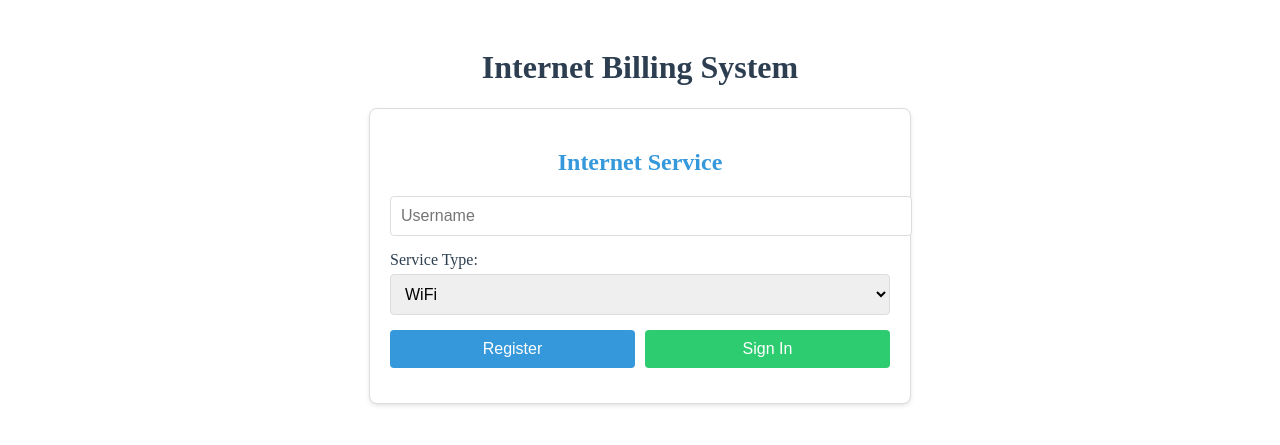
Repository: rachel648/system_Bill
Page: / (app in client/)
The author's editor kept a copy of each file at every save. The page is drawn from the files as they stood at one save, then again after the next save.
The browser window is 1280 px wide. The pictures show the whole page.
The project was rebuilt for these pictures with package versions that can differ from the ones it lists, and the page was loaded fresh each time. Also part of the build but not shown: client/src/Packages.js.

Above is the page before, as saved 2025-05-11 15:24:12.

After the next save:
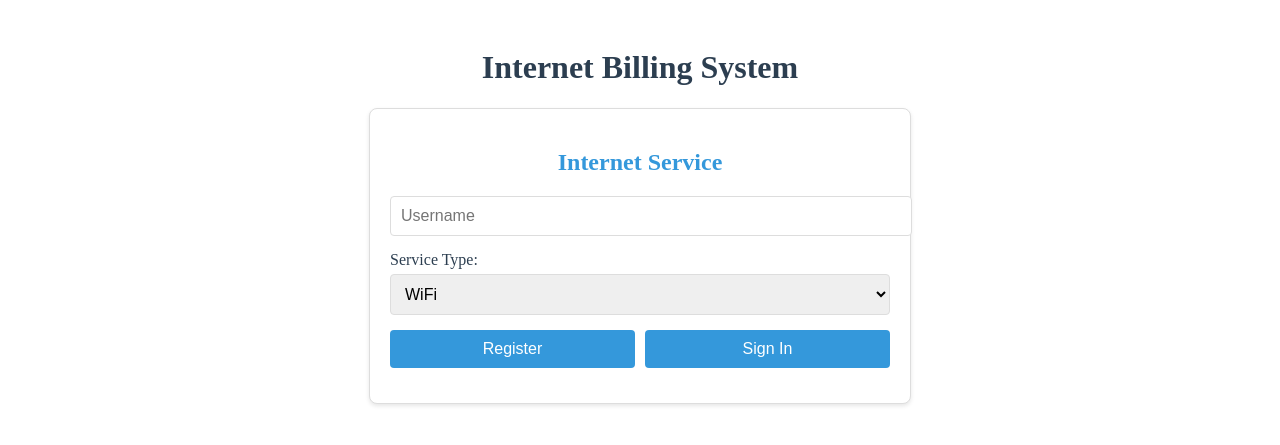
Saved 79 s later.
--- a/client/src/components/ServiceForm.js
+++ b/client/src/components/ServiceForm.js
@@ -23,13 +23,6 @@ const ServiceForm = () => {
     }));
   };
 
-  const handleServiceChange = (e) => {
-    handleChange(e);
-    if (e.target.value === 'wifi') {
-      navigate('/packages');
-    }
-  };
-
   const handleRegister = async () => {
     if (!formData.username.trim()) {
       setStatus({ message: 'Username is required', type: 'error' });
@@ -61,26 +54,26 @@ const ServiceForm = () => {
 
   const handleSignIn = async () => {
     if (!formData.username.trim()) {
-      setStatus({ message: 'Username is required', type: 'error' });
+      setStatus({ message: 'Username is required.', type: 'error' });
       return;
     }
 
     setLoading(true);
     try {
       const res = await axios.get(`/api/users/status/${formData.username}`);
-      if (res.data && res.data.active !== undefined) {
-        setStatus({
-          message: `Welcome back! Status: ${res.data.active ? 'Active' : 'Inactive'}, Ends: ${new Date(res.data.endTime).toLocaleString()}`,
-          type: 'success'
-        });
-        // Optionally redirect:
-        // navigate('/dashboard');
+      const user = res.data;
+
+      if (user && user.serviceType) {
+        setStatus({ message: `Signed in as ${user.username}. Redirecting...`, type: 'success' });
+        setTimeout(() => {
+          navigate(`/${user.serviceType}`);
+        }, 1000);
       } else {
-        setStatus({ message: 'User not found', type: 'error' });
+        setStatus({ message: 'User not found.', type: 'error' });
       }
     } catch (err) {
       setStatus({
-        message: err.response?.data?.message || 'Sign-in failed',
+        message: err.response?.data?.message || 'Sign in failed.',
         type: 'error'
       });
     } finally {
@@ -94,6 +87,13 @@ const ServiceForm = () => {
       case 'error': return { backgroundColor: '#ffebee', color: '#c62828' };
       case 'info': return { backgroundColor: '#e3f2fd', color: '#1565c0' };
       default: return { backgroundColor: '#f5f5f5', color: '#424242' };
+    }
+  };
+
+  const handleServiceChange = (e) => {
+    handleChange(e);
+    if (e.target.value === 'wifi') {
+      navigate('/packages');
     }
   };
 
@@ -132,12 +132,13 @@ const ServiceForm = () => {
         >
           {loading ? 'Processing...' : 'Register'}
         </button>
+
         <button
           onClick={handleSignIn}
-          style={{ ...styles.button, backgroundColor: '#2ecc71' }}
+          style={styles.button}
           disabled={loading}
         >
-          {loading ? 'Processing...' : 'Sign In'}
+          {loading ? 'Checking...' : 'Sign In'}
         </button>
       </div>
 
